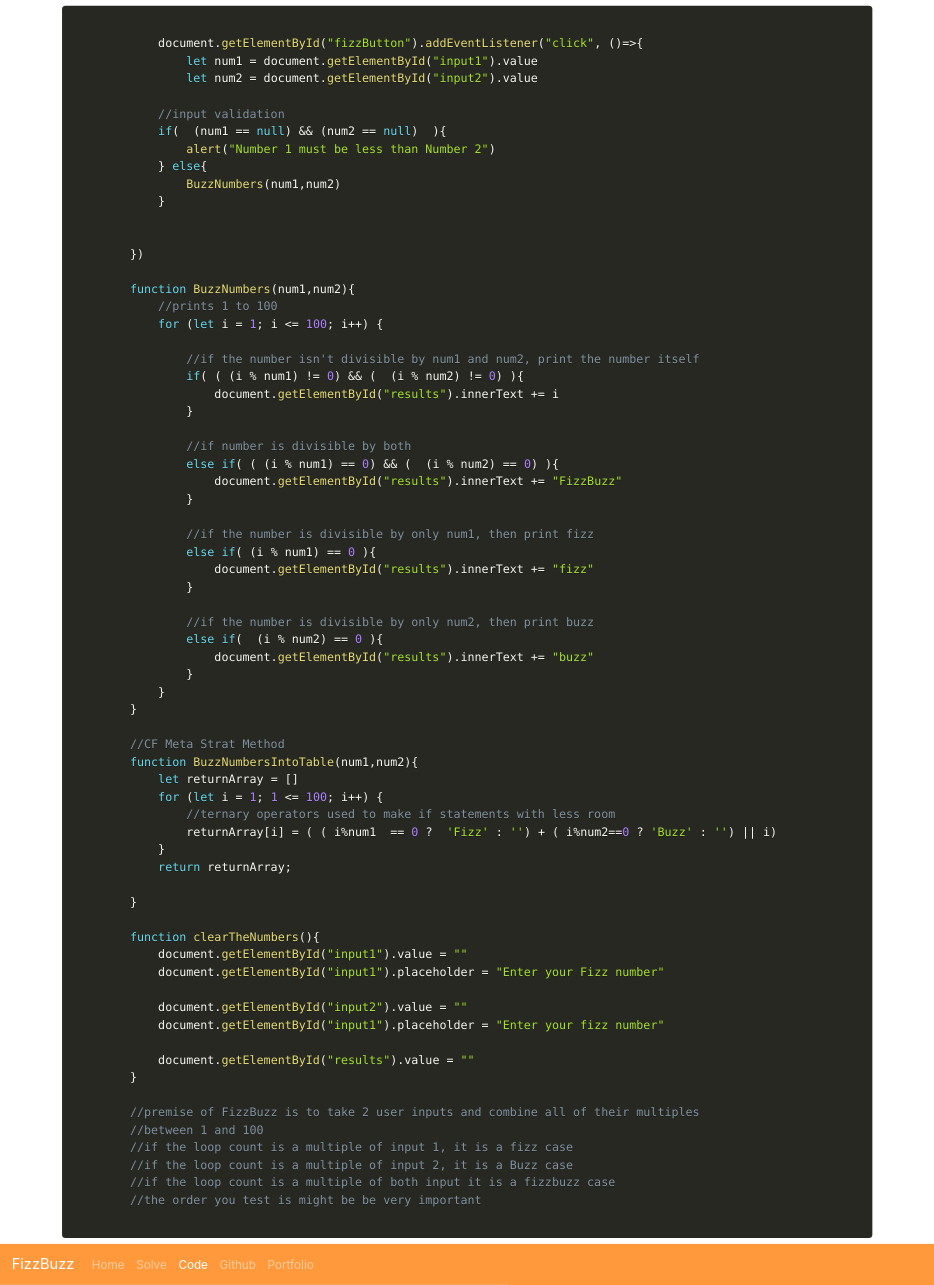
Repository: zhadjah9559/FizzBuzz
Page: code.html
These files come from the project's save history. The page is drawn as it stood at one moment and after the next save; the edit follows.
The browser window is 1280 px wide. The pictures show the whole page, at 73% of full size.

Above is the page before, as saved 2021-01-12 15:25:05.

### code.html
<!doctype html>
<html lang="en">
  <head>
    <title>Title</title>
    <!-- Required meta tags -->
    <meta charset="utf-8">
    <meta name="viewport" content="width=device-width, initial-scale=1, shrink-to-fit=no">

    <!-- Bootstrap CSS -->
    <link rel="stylesheet" href="https://stackpath.bootstrapcdn.com/bootstrap/4.3.1/css/bootstrap.min.css" integrity="sha384-ggOyR0iXCbMQv3Xipma34MD+dH/1fQ784/j6cY/iJTQUOhcWr7x9JvoRxT2MZw1T" crossorigin="anonymous">
    <link rel="stylesheet" href="css/prism.css">


</head>
  <body>

    <div class="container">
        <div class="row">
            <div class="col">

                <pre><code class="language-javascript">
            document.getElementById("fizzButton").addEventListener("click", ()=>{
                let num1 = document.getElementById("input1").value
                let num2 = document.getElementById("input2").value

            //input validation
            if(  (num1 == null) && (num2 == null)  ){
                alert("Number 1 must be less than Number 2")
            } else{
                BuzzNumbers(num1,num2)
            }


        })

        function BuzzNumbers(num1,num2){
            //prints 1 to 100
            for (let i = 1; i <= 100; i++) {

                //if the number isn't divisible by num1 and num2, print the number itself
                if( ( (i % num1) != 0) && (  (i % num2) != 0) ){
                    document.getElementById("results").innerText += i
                }

                //if number is divisible by both
                else if( ( (i % num1) == 0) && (  (i % num2) == 0) ){
                    document.getElementById("results").innerText += "FizzBuzz"
                }

                //if the number is divisible by only num1, then print fizz
                else if( (i % num1) == 0 ){
                    document.getElementById("results").innerText += "fizz"
                }

                //if the number is divisible by only num2, then print buzz
                else if(  (i % num2) == 0 ){
                    document.getElementById("results").innerText += "buzz"
                }
            }
        }

        //CF Meta Strat Method
        function BuzzNumbersIntoTable(num1,num2){
            let returnArray = []
            for (let i = 1; 1 <= 100; i++) {
                //ternary operators used to make if statements with less room
                returnArray[i] = ( ( i%num1  == 0 ?  'Fizz' : '') + ( i%num2==0 ? 'Buzz' : '') || i)
            }
            return returnArray;

        }

        function clearTheNumbers(){
            document.getElementById("input1").value = ""
            document.getElementById("input1").placeholder = "Enter your Fizz number"

            document.getElementById("input2").value = ""
            document.getElementById("input1").placeholder = "Enter your fizz number"

            document.getElementById("results").value = ""
        }

        //premise of FizzBuzz is to take 2 user inputs and combine all of their multiples
        //between 1 and 100
        //if the loop count is a multiple of input 1, it is a fizz case
        //if the loop count is a multiple of input 2, it is a Buzz case
        //if the loop count is a multiple of both input it is a fizzbuzz case
        //the order you test is might be be very important
            </code></pre>

            </div>
        </div>
    </div>




    <nav class="navbar navbar-expand-sm navbar-dark" style="background-color: #ff993b;">
        <a class="navbar-brand" href="#">FizzBuzz</a>
        <button class="navbar-toggler d-lg-none" type="button" data-toggle="collapse" data-target="#collapsibleNavId" aria-controls="collapsibleNavId"
            aria-expanded="false" aria-label="Toggle navigation"></button>
        <div class="collapse navbar-collapse" id="collapsibleNavId">
            <ul class="navbar-nav mr-auto mt-2 mt-lg-0">
                <li class="nav-item">
                    <a class="nav-link" href="index.html">Home </a>
                </li>
                <li class="nav-item">
                    <a class="nav-link" href="solve.html">Solve </a>
                </li>
                <li class="nav-item">
                    <a class="nav-link active" href="code.html">Code <span class="sr-only">(current)</span></a>
                </li>
                <li class="nav-item">
                    <a class="nav-link" target="_blank" href="https://github.com/zhadjah9559/FizzBuzz">Github</a>
                </li>
                <li class="nav-item">
                    <a class="nav-link" target="_blank" href="https://www.zacharyhadjah.netlify.app">Portfolio</a>
                </li>


            </ul>
        </div>
    </nav>



    <!-- Optional JavaScript -->
    <!-- jQuery first, then Popper.js, then Bootstrap JS -->
    <script src="https://code.jquery.com/jquery-3.3.1.slim.min.js" integrity="sha384-q8i/X+965DzO0rT7abK41JStQIAqVgRVzpbzo5smXKp4YfRvH+8abtTE1Pi6jizo" crossorigin="anonymous"></script>
    <script src="https://cdnjs.cloudflare.com/ajax/libs/popper.js/1.14.7/umd/popper.min.js" integrity="sha384-UO2eT0CpHqdSJQ6hJty5KVphtPhzWj9WO1clHTMGa3JDZwrnQq4sF86dIHNDz0W1" crossorigin="anonymous"></script>
    <script src="https://stackpath.bootstrapcdn.com/bootstrap/4.3.1/js/bootstrap.min.js" integrity="sha384-JjSmVgyd0p3pXB1rRibZUAYoIIy6OrQ6VrjIEaFf/nJGzIxFDsf4x0xIM+B07jRM" crossorigin="anonymous"></script>
    <script src="js/prism.js"></script>


    </body>
</html>

### css/prism.css
/* PrismJS 1.23.0
https://prismjs.com/download.html#themes=prism-okaidia&languages=markup+css+clike+javascript&plugins=line-numbers */
/**
 * okaidia theme for JavaScript, CSS and HTML
 * Loosely based on Monokai textmate theme by http://www.monokai.nl/
 * @author ocodia
 */

code[class*="language-"],
pre[class*="language-"] {
	color: #f8f8f2;
	background: none;
	text-shadow: 0 1px rgba(0, 0, 0, 0.3);
	font-family: Consolas, Monaco, 'Andale Mono', 'Ubuntu Mono', monospace;
	font-size: 1em;
	text-align: left;
	white-space: pre;
	word-spacing: normal;
	word-break: normal;
	word-wrap: normal;
	line-height: 1.5;

	-moz-tab-size: 4;
	-o-tab-size: 4;
	tab-size: 4;

	-webkit-hyphens: none;
	-moz-hyphens: none;
	-ms-hyphens: none;
	hyphens: none;
}

/* Code blocks */
pre[class*="language-"] {
	padding: 1em;
	margin: .5em 0;
	overflow: auto;
	border-radius: 0.3em;
}

:not(pre) > code[class*="language-"],
pre[class*="language-"] {
	background: #272822;
}

/* Inline code */
:not(pre) > code[class*="language-"] {
	padding: .1em;
	border-radius: .3em;
	white-space: normal;
}

.token.comment,
.token.prolog,
.token.doctype,
.token.cdata {
	color: #8292a2;
}

.token.punctuation {
	color: #f8f8f2;
}

.token.namespace {
	opacity: .7;
}

.token.property,
.token.tag,
.token.constant,
.token.symbol,
.token.deleted {
	color: #f92672;
}

.token.boolean,
.token.number {
	color: #ae81ff;
}

.token.selector,
.token.attr-name,
.token.string,
.token.char,
.token.builtin,
.token.inserted {
	color: #a6e22e;
}

.token.operator,
.token.entity,
.token.url,
.language-css .token.string,
.style .token.string,
.token.variable {
	color: #f8f8f2;
}

.token.atrule,
.token.attr-value,
.token.function,
.token.class-name {
	color: #e6db74;
}

.token.keyword {
	color: #66d9ef;
}

.token.regex,
.token.important {
	color: #fd971f;
}

.token.important,
.token.bold {
	font-weight: bold;
}
.token.italic {
	font-style: italic;
}

.token.entity {
	cursor: help;
}

pre[class*="language-"].line-numbers {
	position: relative;
	padding-left: 3.8em;
	counter-reset: linenumber;
}

pre[class*="language-"].line-numbers > code {
	position: relative;
	white-space: inherit;
}

.line-numbers .line-numbers-rows {
	position: absolute;
	pointer-events: none;
	top: 0;
	font-size: 100%;
	left: -3.8em;
	width: 3em; /* works for line-numbers below 1000 lines */
	letter-spacing: -1px;
	border-right: 1px solid #999;

	-webkit-user-select: none;
	-moz-user-select: none;
	-ms-user-select: none;
	user-select: none;

}

	.line-numbers-rows > span {
		display: block;
		counter-increment: linenumber;
	}

		.line-numbers-rows > span:before {
			content: counter(linenumber);
			color: #999;
			display: block;
			padding-right: 0.8em;
			text-align: right;
		}

Loaded but not shown: js/prism.js (library)

After the next save:
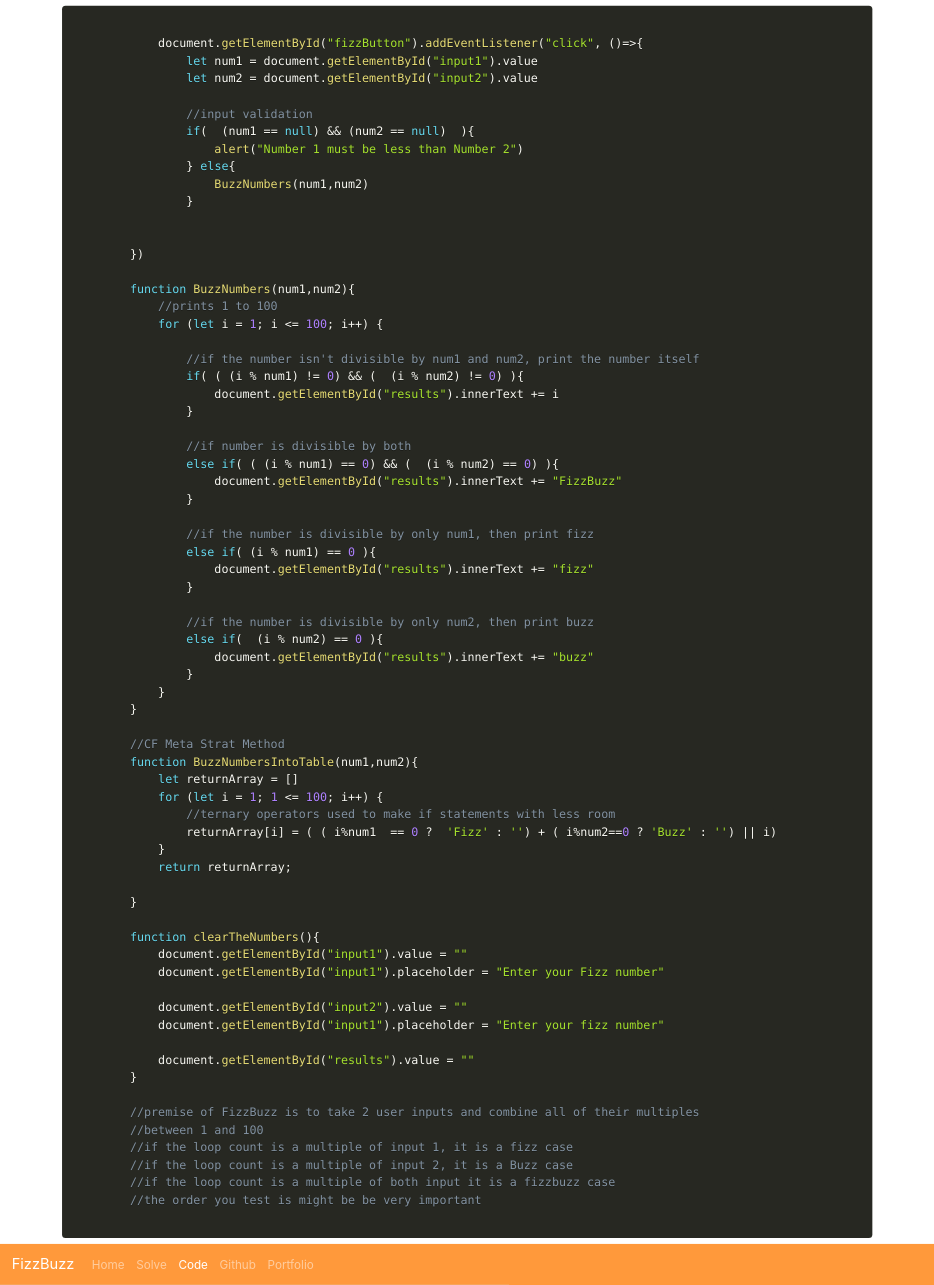
Saved 4 s later.
--- a/code.html
+++ b/code.html
@@ -23,12 +23,12 @@
                 let num1 = document.getElementById("input1").value
                 let num2 = document.getElementById("input2").value
 
-            //input validation
-            if(  (num1 == null) && (num2 == null)  ){
-                alert("Number 1 must be less than Number 2")
-            } else{
-                BuzzNumbers(num1,num2)
-            }
+                //input validation
+                if(  (num1 == null) && (num2 == null)  ){
+                    alert("Number 1 must be less than Number 2")
+                } else{
+                    BuzzNumbers(num1,num2)
+                }
 
 
         })
